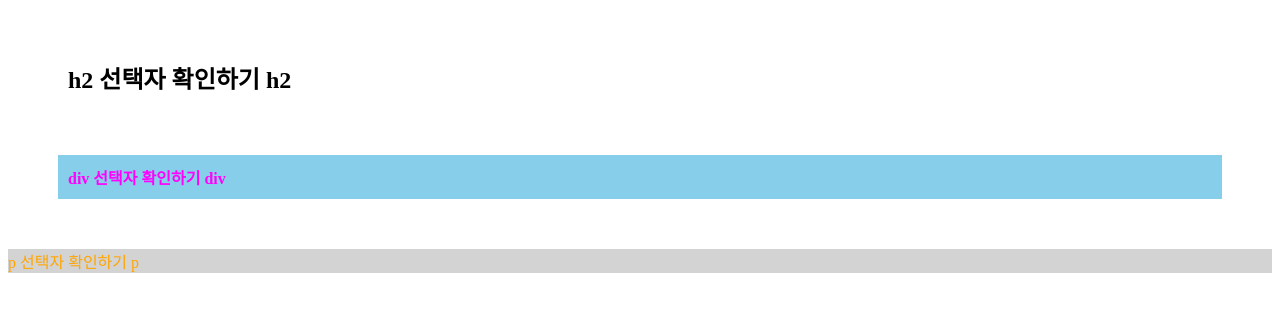
Repository: pvntlc/D-IT-Tech-Internship
Page: work_java/HTMLProject/src/main/webapp/DAY2/01.CSS적용하기/1-3.selector2.html
These files come from the project's save history. The page is drawn as it stood at one moment and after the next save; the edit follows.
The browser window is 1280 px wide. The pictures show the whole page.

Above is the page before, as saved 2023-09-07 01:19:36.

### work_java/HTMLProject/src/main/webapp/DAY2/01.CSS적용하기/1-3.selector2.html
<!DOCTYPE html>
<html lang="en">
<head>
    <meta charset="UTF-8">
    <meta name="viewport" content="width=device-width, initial-scale=1.0">
    <title>Type Selector(타입선택자)</title>
    <style type="text/css">
        h2, div {
        padding: 10px;
        margin: 50px;
        font-weight: bold;
      }

      div {
        background: skyblue;
        color: magenta;
      }

      p {
        background: lightgray;
        color: orange;
      }
      </style>
</head>
<body>
  <h2>h2 선택자 확인하기 h2</h2>
  <div>div 선택자 확인하기 div</div>
  <p>p 선택자 확인하기 p</p>
</body>
</html>

After the next save:
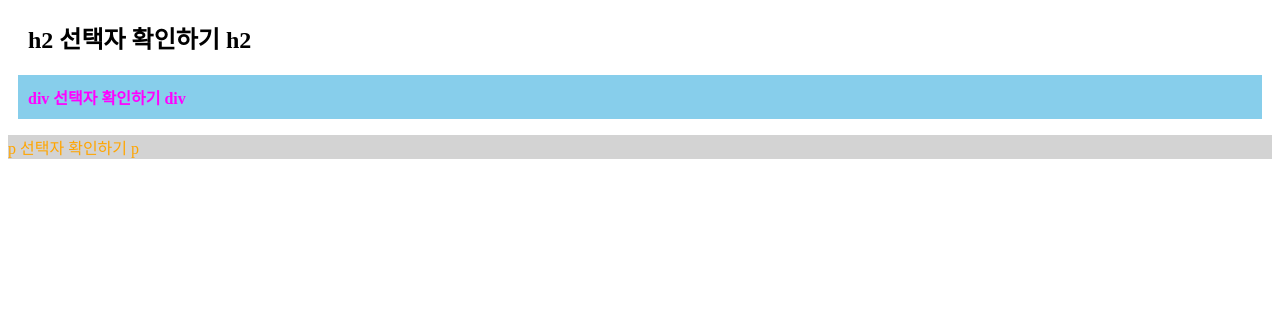
Saved 8 s later.
--- a/work_java/HTMLProject/src/main/webapp/DAY2/01.CSS적용하기/1-3.selector2.html
+++ b/work_java/HTMLProject/src/main/webapp/DAY2/01.CSS적용하기/1-3.selector2.html
@@ -7,7 +7,7 @@
     <style type="text/css">
         h2, div {
         padding: 10px;
-        margin: 50px;
+        margin: 10px;
         font-weight: bold;
       }
 

After the save that followed:
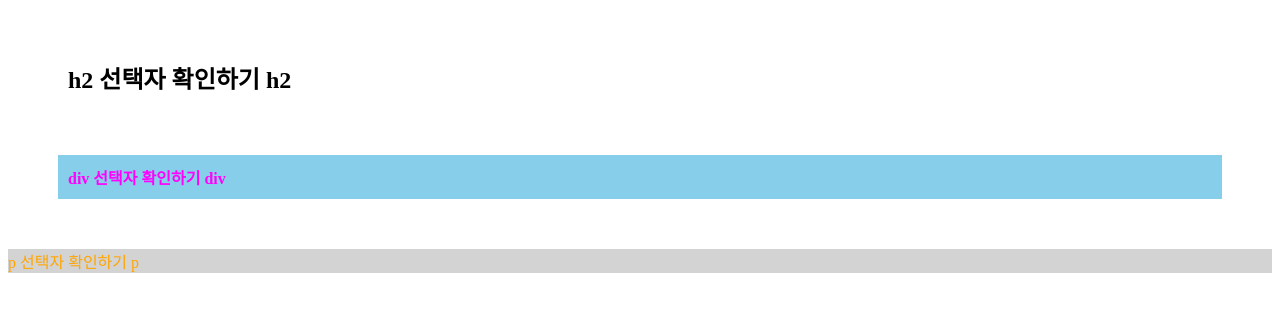
Saved 6 s later.
--- a/work_java/HTMLProject/src/main/webapp/DAY2/01.CSS적용하기/1-3.selector2.html
+++ b/work_java/HTMLProject/src/main/webapp/DAY2/01.CSS적용하기/1-3.selector2.html
@@ -7,7 +7,7 @@
     <style type="text/css">
         h2, div {
         padding: 10px;
-        margin: 10px;
+        margin: 50px;
         font-weight: bold;
       }
 
